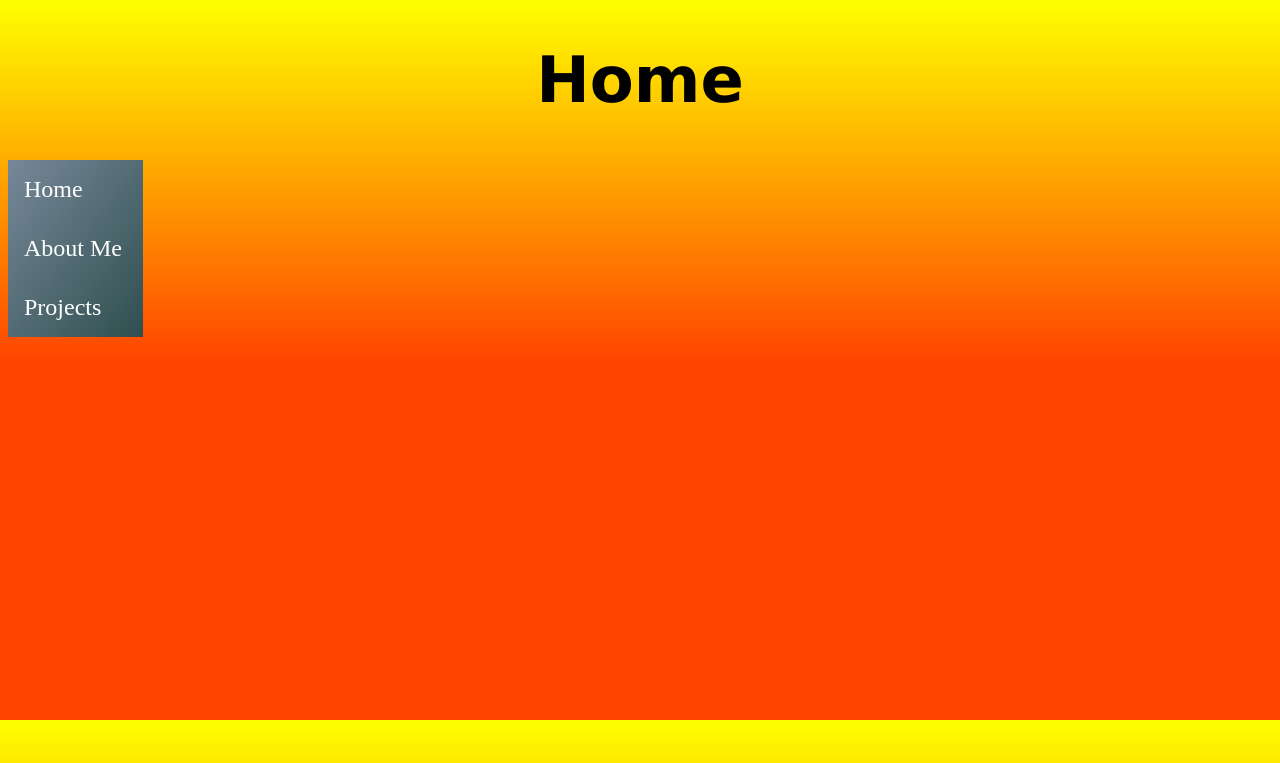
Repository: brody-toth/brody-toth.github.io
Page: project3.html
The author's editor kept a record of every edit. The page is drawn from the files as they stood at one moment, then again after the next edit.
The browser window is 1280 px wide. The pictures show the whole page.

Above is the page before.

### project3.html
<!DOCTYPE html>
<html>

  <head>
    <title>Project 3</title>
    <link rel="stylesheet" href="style.css" type="text/css">
  </head>

  <body>

    <h1 class="header">Home</h1>

    <ul class="navbar">
      <li><a href="home.html">Home</a></li>
      <li><a href="about-me.html">About Me</a></li>
      <li class = "dropdown">
        <div>Projects</div>
        <ul class="dropdown-content">
          <li><a href="project1.html">Project 1</a></li>
          <li><a href="project2.html">Project 2</a></li>
          <li class="active"><a href="project3.html">Project 3</a></li>
        </ul>
      </li>
    </ul>

  </body>

</html>

### style.css
html, body{
    height: 100%;
}

body{
    background-image: linear-gradient(to bottom, yellow, orangered 50%);
}

.navbar{
    list-style: none;
    background-image: linear-gradient(to bottom right, lightslategray, darkslategray);
    width: 135px;
    overflow: hidden;
    padding: 0;
}
.navbar a, .dropdown div{
    text-decoration: none;
    color: white;
    font-size: 24px;
    padding: 16px;
    display: inline-block;
}
.navbar div{
    width: 135px;
}
.navbar li:hover{
    background-color: slategray;
}
.dropdown-content{
    list-style: none;
    padding: 0;
    display: none;
    position: absolute;
    z-index: 2;
    background-image: linear-gradient(to bottom right, lightslategray, darkslategray);
}
.dropdown:hover .dropdown-content{
    display: block;
}
.active{
    background-image: linear-gradient(to right, gray, dimgray)
}

.header{
    text-align: center;
    font-family: "Lucida Sans Unicode", "Lucida Grande", sans-serif;
    font-size: 64px;
}

After the next edit:
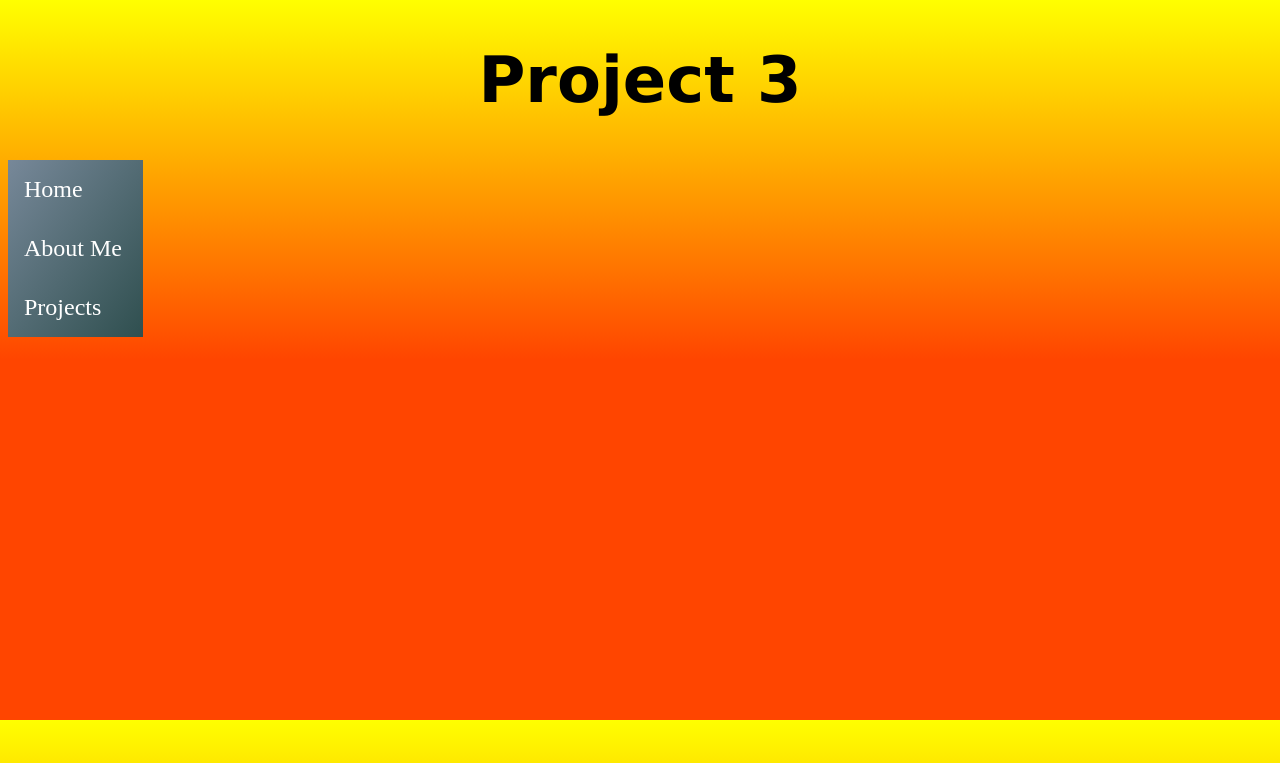
The edit:
--- a/project3.html
+++ b/project3.html
@@ -8,7 +8,7 @@
 
   <body>
 
-    <h1 class="header">Home</h1>
+    <h1 class="header">Project 3</h1>
 
     <ul class="navbar">
       <li><a href="home.html">Home</a></li>
